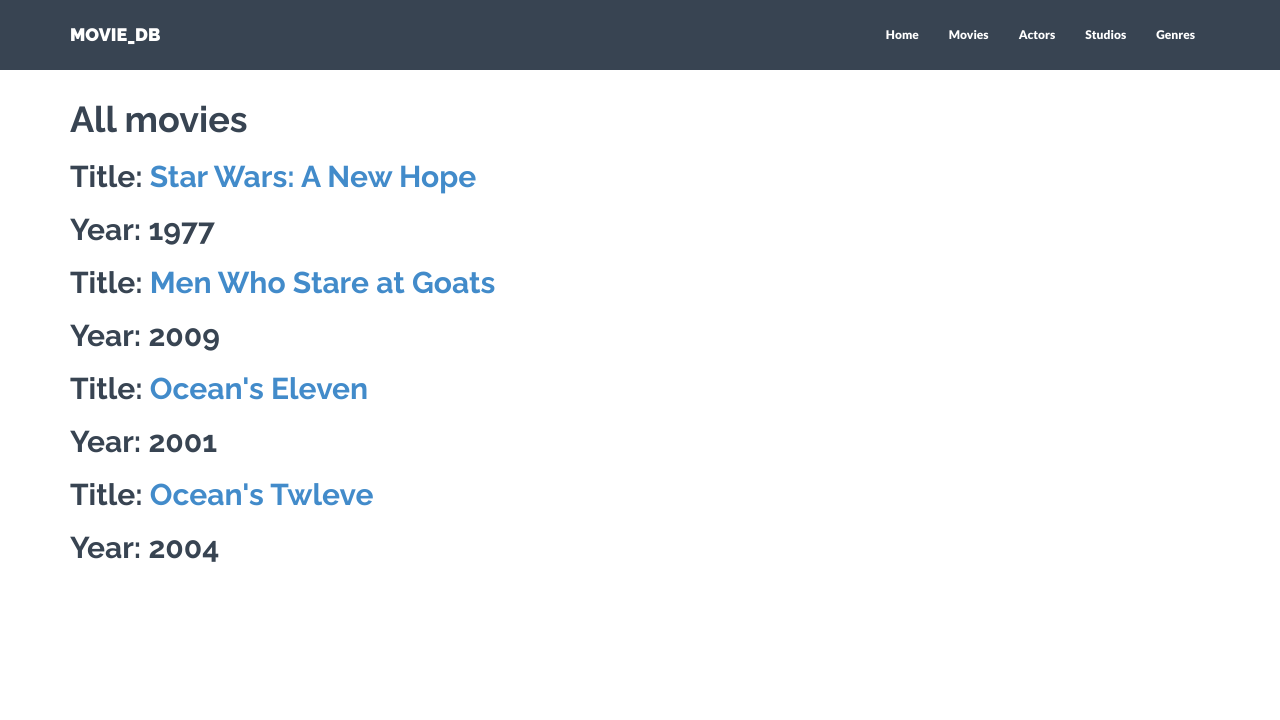
Repository: jonak91/Buzzerd-index
Page: http://localhost/movies.php
The author's editor kept a record of every edit. The page is drawn from the files as they stood at one moment, then again after the next edit.
The browser window is 1280 px wide. The pictures show the whole page.
Some web libraries are served in a nearby version. The page is run by PHP 8.4 with error messages shown; the project is at /var/www/html/. The database holds what the project's SQL file puts in it.

Above is the page before.
Not found: assets/js/modernizr.js

### movies.php
<?php require_once( 'incl/functions.php' ); ?>
<?php require_once( 'incl/header.php' ); ?>

 <div class="container mtb">
	 	<div class="row">

	 		<! -- MAIN CONTENAT AREA -->
	 		<div class="col-lg-8">
	 			<h1>All movies</h1>
	 			<?php
		 		$movies = get_movies();
		 		$count = 0;
		 		foreach ($movies as $movie) {
		 		$count++;
		 		?>
		 		<h2>Title: <a href="movie.php?mID=<?php echo $movie['mID']; ?>"><?php echo $movie['title']; ?></a></h2>
		 		<h2>Year: <?php echo $movie['year_released']; ?></h2>
		 		<?php }

		 		return $count;
		 		?>

</div><! --/ MAIN CONTENT AREA -->

	 </div><! --/row -->
	 </div><! --/container -->

<?php require_once( 'incl/footer.php' ); ?>

### incl/functions.php
<?php
require_once('database.php');

$host= '127.0.0.1';
$u= 'jonak91';
$p = '';
$d= 'movies';

global $db;
$db= new Database($d, $u, $p, $host);

function get_movies(){
	$db = $GLOBALS['db'];
	$results = $db->query("SELECT * FROM movies"); //updated
	return $db->resToArray($results);
}

function get_actors(){
	$db= $GLOBALS['db'];
	$results = $db->query("SELECT * FROM actors ORDER BY 'first_name'"); //updated
	return $db->resToArray($results);
}

function get_studios(){
	$db= $GLOBALS['db'];
	$results = $db->query("SELECT * FROM studio"); //updated
	return $db->resToArray($results);
}

function get_genres(){
	$db= $GLOBALS['db'];
	$results = $db->query("SELECT * FROM genre"); //updated
	return $db->resToArray($results);
}

function get_movie($mID){
	$db= $GLOBALS['db'];
	$query= "SELECT * FROM movies WHERE mID = '$mID'"; //updated
	return $db->get_row($query);
}

function get_actor($aID){
	$db= $GLOBALS['db'];
	$query= "SELECT * FROM actors WHERE aID = '$aID'"; //updated
	return $db->get_row($query);
}

function get_studio($sID){
	$db= $GLOBALS['db'];
	$query= "SELECT * FROM studio WHERE sID = '$sID'"; //updated
	return $db->get_row($query);
}

function get_genre($gID){
	$db= $GLOBALS['db'];
	$query= "SELECT * FROM genre WHERE gID = '$gID'"; //updated
	return $db->get_row($query);
}

function get_moviesfromstudio($id){  //works
	$db= $GLOBALS['db'];
	$results= $db->query("SELECT * FROM movies JOIN studio ON movies.studioID = studio.sID WHERE studio.sID = '$id'");
	return $db->resToArray($results);
}




















function add_movie($info){
	$db= $GLOBALS['db'];
	extract($info);
	$timestamp= $db->get_mysql_timestamp();
	$submitted= $db->query("INSERT INTO movies VALUES('', '$mID', '$title', '$year_released', '$synopsis', '$was_novel', '$studioID', '$timestamp')");
	echo "<h3>$name submitted!</h3>";
}

function add_actor($info){
	$db= $GLOBALS['db'];
	extract($info);
	$timestamp= $db->get_mysql_timestamp();
	$submitted= $db->query("INSERT INTO movie_actors VALUES('', '$maID', '$movieID', '$actorID', '$timestamp')");
	echo "<h3>$name submitted!</h3>";
}

function add_genre($info){
	$db= $GLOBALS['db'];
	extract($info);
	$timestamp= $db->get_mysql_timestamp();
	$submitted= $db->query("INSERT INTO movie_genre VALUES('', '$mgID', '$movieID', '$genreID', '$timestamp')");
	echo "<h3>$name submitted!</h3>";
}

function add_studio($info){
	$db= $GLOBALS['db'];
	extract($info);
	$timestamp= $db->get_mysql_timestamp();
	$submitted= $db->query("INSERT INTO studio VALUES('', '$sID', '$name', '$city', '$state', '$zip', '$timestamp')");
	echo "<h3>$name submitted!</h3>";
}

function print_array( $a ) {
?>
  <pre>
  <?php var_dump( $a ); ?>
  </pre>
<?php
}
?>

### incl/database.php
<?php
class Database{
        var $dbName;
        var $user;
        var $password;
        var $host;
        var $lastID;
        var $dbConn;

        //constructor
        function __construct($db, $u, $p, $h){
                $this->dbName= $db;
                $this->user= $u;
                $this->password= $p;
                $this->host= $h;

                //metadata to get entire table list?
        }

        //any query
        function query($query){
                        $this->dbConn= new mysqli($this->host, $this->user, $this->password, $this->dbName);
                        if($this->dbConn->connect_errno > 0){
                                die('Unable to connect to database [' . $dbh->connect_error . ']');
                        }

                        $result= $this->dbConn->query($query) or die('There was an error running the query [' . $this->dbConn->error . ']');
                        $this->lastID= $this->dbConn->insert_id;
                        $this->dbConn->close();

                        return $result;
        }

        function resToArray($res){
                $data= array();
                while($info= mysqli_fetch_assoc($res)){
                        $data[]= $info;
                }

                return $data;
        }

        function get_column($query){

                $res= $this->query($query);

                $data= array();

                while($info= mysqli_fetch_assoc($res)){
                        $key= array_keys($info);
                        $key= $key[0];
                        $data[]= $info[$key];
                }

                return $data;
        }

        function get_row($query){
                $res= $this->query($query);
                $res= $this->resToArray($res);

            return ($res == false) ? $res : $res[0];
        }

        function get_var($query){
                $res= $this->query($query);

                $info= mysqli_fetch_array($res);

                return $info[0];
        }


        function get_mysql_timestamp(){
                return date('Y-m-d H:i:s', time());
        }

        function print_array( $a ) {
        ?>
          <pre>
          <?php var_dump( $a ); ?>
          </pre>
        <?php
        }


        function clean_array($info){
                foreach($info as $key => $val){
                        $info["$key"]= $this->clean($val);
                }

                return $info;
        }


        function clean($a){
                $this->dbConn= new mysqli($this->host, $this->user, $this->password, $this->dbName);
                $a= $this->dbConn->real_escape_string($a);
                $this->dbConn->close();

                return $a;
        }

}


?>

### incl/header.php
<!DOCTYPE html>
<html lang="en">
  <head>
    <meta charset="utf-8">
    <meta http-equiv="X-UA-Compatible" content="IE=edge">
    <meta name="viewport" content="width=device-width, initial-scale=1">
    <meta name="description" content="">
    <meta name="author" content="">
    <link rel="shortcut icon" href="assets/ico/favicon.ico">

    <title>SOLID - Bootstrap 3 Theme</title>

    <!-- Bootstrap core CSS -->
    <link href="assets/css/bootstrap.css" rel="stylesheet">

    <!-- Custom styles for this template -->
    <link href="assets/css/style.css" rel="stylesheet">
    <link href="assets/css/font-awesome.min.css" rel="stylesheet">


    <!-- Just for debugging purposes. Don't actually copy this line! -->
    <!--[if lt IE 9]><script src="../../assets/js/ie8-responsive-file-warning.js"></script><![endif]-->

    <!-- HTML5 shim and Respond.js IE8 support of HTML5 elements and media queries -->
    <!--[if lt IE 9]>
      <script src="https://oss.maxcdn.com/libs/html5shiv/3.7.0/html5shiv.js"></script>
      <script src="https://oss.maxcdn.com/libs/respond.js/1.4.2/respond.min.js"></script>
    <![endif]-->

    <script src="assets/js/modernizr.js"></script>
  </head>

  <body>

    <!-- Fixed navbar -->
    <div class="navbar navbar-default navbar-fixed-top" role="navigation">
      <div class="container">
        <div class="navbar-header">
          <button type="button" class="navbar-toggle" data-toggle="collapse" data-target=".navbar-collapse">
            <span class="sr-only">Toggle navigation</span>
            <span class="icon-bar"></span>
            <span class="icon-bar"></span>
            <span class="icon-bar"></span>
          </button>
          <a class="navbar-brand" href="index.php">MOVIE_DB</a>
        </div>
        <div class="navbar-collapse collapse navbar-right">
          <ul class="nav navbar-nav">
            <li><a href="index.php">Home</a></li>
            <li><a href="movies.php">Movies</a></li>
            <li><a href="actors.php">Actors</a></li>
            <li><a href="studios.php">Studios</a></li>
            <li><a href="genres.php">Genres</a></li>
          </ul>
        </div><!--/.nav-collapse -->
      </div>
    </div>

### assets/css/style.css
/*	################################################################

	Author: Carlos Alvarez
	URL: http://alvarez.is

	Project Name: SOLID - Bootstrap 3 Theme
	Version: 1.0
	URL: http://alvarez.is

################################################################# */
@import url(http://fonts.googleapis.com/css?family=Raleway:400,700,900);
@import url(http://fonts.googleapis.com/css?family=Lato:400,900);
@import url("prettyPhoto.css") screen;
@import url("hoverex-all.css") screen;

/*	################################################################
	1. GENERAL STRUCTURES
################################################################# */
	* {
		margin: 0;
		padding: 0px;
	}

body {
	background: #ffffff;
	margin: 0;
	height: 100%;
	color: #384452;
	font-family: 'Lato', sans-serif;
	font-weight: 400;
	}

h1, h2, h3, h4, h5, h6 {
	font-family: 'Raleway', sans-serif;
	font-weight: 700;
}

p {
	padding: 0;
	margin-bottom: 12px;
	font-family: 'Lato', sans-serif;
	font-weight: 400;
	font-size: 14px;
	line-height: 24px;
	color: #384452;
	margin-top: 10px;
}

img {
	height: auto;
	max-width: 100%;
}

a {
	padding: 0;
	margin: 0;
	text-decoration: none;
	-webkit-transition: background-color .4s linear, color .4s linear;
	-moz-transition: background-color .4s linear, color .4s linear;
	-o-transition: background-color .4s linear, color .4s linear;
	-ms-transition: background-color .4s linear, color .4s linear;
	transition: background-color .4s linear, color .4s linear;
}
a:hover,
a:focus {
  text-decoration: none;
  color:#01b2fe;
}

::-moz-selection  {
	color: #fff;
	text-shadow:none;
	background:#2B2E31;
}
::selection {
	color: #fff;
	text-shadow:none;
	background:#2B2E31;
}

.centered {
	text-align: center
}

/*	################################################################
	BOOTSTRAP MODIFICATIONS & TWEAKS
################################################################# */
.navbar {
	min-height: 70px;
	padding-top: 10px;
	margin-bottom: 0px;
}

.navbar-brand {
	font-family: 'Raleway', sans-serif;
	font-weight: 900;
}

.navbar-header .navbar-brand {
	color: white;
}

.navbar-default .navbar-nav > li > a {
	color: white;
	font-weight: 700;
	font-size: 12px;
}

.navbar-default .navbar-nav > li > a:hover {
	color: #00b3fe;
}

.navbar-default .navbar-nav > .active > a, .navbar-default .navbar-nav > .active > a:hover, .navbar-default .navbar-nav > .active > a:focus {
	color: #00b3fe;
	background-color: transparent;
}

.navbar-default {
	background-color: #384452;
	border-color: transparent;
}

.dropdown-menu {
	background: #384452;
}

.dropdown-menu > li > a {
	color: white;
	font-weight: 700;
	font-size: 12px;
}

.btn-theme {
  color: #fff;
  background-color: #384452;
  border-color: #384452;
  margin: 4px;
}
.btn-theme:hover,
.btn-theme:focus,
.btn-theme:active,
.btn-theme.active,
.open .dropdown-toggle.btn-theme {
  color: #fff;
  background-color: #00b3fe;
  border-color: #00b3fe;
}

.dmbutton:hover,
.dmbutton:active,
.dmbutton:focus{
	color: #ffffff;
	background-color: #222222;
	border-color: #ffffff;
}
.dmbutton {
	background:rgba(0, 0, 0, 0);
	border: 1px solid #ffffff;
	color: #ffffff;
	-webkit-border-radius: 2px;
	border-radius: 2px;
	padding-top: 1.025rem;
	padding-right: 2.25rem;
	letter-spacing:0.85px;
	padding-bottom: 1.0875rem;
	padding-left: 2.25rem;
	font-size: 1.55rem;
	cursor: pointer;
	font-weight: normal;
	line-height: normal;
	margin: 0 0 1.25rem;
	text-decoration: none;
	text-align: center;
	display: inline-block;
	-webkit-transition: background-color 300ms ease-out;
	-moz-transition: background-color 300ms ease-out;
	transition: background-color 300ms ease-out;
	-webkit-appearance: none;
	font-weight: normal !important;
}

.mtb {
	margin-top: 80px;
	margin-bottom: 80px;
}

.mb {
	margin-bottom: 60px;
}

.mt {
	margin-top: 60px;
}

.hline {
	border-bottom: 2px solid #384452;
}

.hline-w {
	border-bottom: 2px solid #ffffff;
	margin-bottom: 25px;
}
/*	################################################################
	SITE WRAPS
################################################################# */

#headerwrap {
	background-color: #00b3fe;
	min-height: 550px;
	padding-top: 100px;
	padding-bottom: 0px;
	text-align: center;
}

#headerwrap h3, h5 {
	color: white;
	font-weight: 400;
}

#headerwrap h1 {
	color: white;
	margin-bottom: 25px;
}

#headerwrap .img-responsive {
	margin: 0 auto;
}

/* Services Wrap */
#service {
	margin-top: 100px;
	margin-bottom: 80px;
}

#service i {
	color: #00b3fe;
	font-size: 60px;
	padding: 15px;
}

/* Portfolio Wrap */
#portfoliowrap {
	padding-top: 60px;
	margin-bottom: 60px;
	display: block;
	text-align: center
}

#portfoliowrap h3 {
	margin-bottom: 25px;
}

.portfolio {
	padding:0 !important;
	margin:0 !important;
	display:block;
}


.portfolio-item .title:before {border-radius:0; display:none}
.portfolio-item p {margin:0px 0 30px;}
.portfolio-item h3 {margin:-10px 0 10px; font-size:16px; text-transform:uppercase;}


.tpl6 h3
{
	color:#fff;
	margin:0;
	padding:40px 5px 0;
	font-size:16px;
	text-transform:uppercase;
}
.tpl6 .dmbutton
{
	display:inline-block;
	margin:30px 5px 20px 5px;
	font-size:13px;
}

.tpl6 .bg
{
	height:100%;
	width:100%;
	background-color:#00b3fe;
	background-color:rgba(0,179,254,.9);
	text-align:center;
}

/* Testimonials Wrap */
#twrap {
	background: url(../img/t-back.jpg) no-repeat center top;
	margin-top: 0px;
	padding-top:60px;
	text-align:center;
	background-attachment: relative;
	background-position: center center;
	min-height: 450px;
	width: 100%;

    -webkit-background-size: 100%;
    -moz-background-size: 100%;
    -o-background-size: 100%;
    background-size: 100%;

    -webkit-background-size: cover;
    -moz-background-size: cover;
    -o-background-size: cover;
    background-size: cover;
}

#twrap i {
	font-size: 50px;
	color: white;
	margin-bottom: 25px;
}

#twrap p {
	color: white;
	font-size: 15px;
	line-height: 30px;
}

/* clients logo */
#cwrap {
	background: #f7f7f7;
	margin-top: 0px;
	padding-top: 80px;
	padding-bottom: 100px;
}

#cwrap h3 {
	margin-bottom: 60px;
}

/* Footer */
#footerwrap {
	padding-top: 60px;
	padding-bottom: 60px;
	background: #384452;
}

#footerwrap p {
	color: #bfc9d3;
}

#footerwrap h4 {
	color: white;
}

#footerwrap i {
	font-size: 30px;
	color: #bfc9d3;
	padding-right: 25px;
}

#footerwrap i:hover {
	color: #00b3fe
}

/*	################################################################
	PAGE CONFIGURATIONS
################################################################# */
/* General Tweaks */

#blue {
	background: #00b3fe;
	margin-top: 60px;
	margin-bottom: 60px;
	padding-top: 25px;
	padding-bottom: 25px;
}

#blue h3 {
	color: white;
	margin-left: 15px;
}

.ctitle {
	color: #00b3fe;
	font-weight: 700;
	margin-bottom: 15px;
}

csmall {
	font-size: 12px;
	color: #b3b3b3;
}
csmall2 {
	font-size: 12px;
	color: #f39c12
}

.spacing {
	margin-top: 40px;
	margin-bottom: 40px;
}

.badge-theme {
	background: #00b3fe;
}

/* Contact Page */
#contactwrap {
	background: url(../img/contact.jpg) no-repeat center top;
	margin-top: -60px;
	padding-top:0px;
	text-align:center;
	background-attachment: relative;
	background-position: center center;
	min-height: 400px;
	width: 100%;

    -webkit-background-size: 100%;
    -moz-background-size: 100%;
    -o-background-size: 100%;
    background-size: 100%;

    -webkit-background-size: cover;
    -moz-background-size: cover;
    -o-background-size: cover;
    background-size: cover;
}

/* Blog Page */
.popular-posts {
	margin: 0px;
	padding-left: 0px;
	}

.popular-posts li {
	list-style: none;
	margin-bottom: 20px;
	min-height: 70px;
}
.popular-posts li a,
.popular-posts li a:hover {
	color:#2f2f2f;
	text-decoration: none;
	}

.popular-posts li img {
	float: left;
	margin-right: 20px;
	}

.popular-posts li em {
	font-family: 'Lato', sans-serif;
	font-size: 12px;
	color: #b3b3b3
	}

.popular-posts p {
	line-height: normal;
	margin-bottom: auto;
}

.share i {
	padding-right: 15px;
	font-size: 18px;
}

### job.sql (the tables this page reads)
CREATE TABLE IF NOT EXISTS `movies` (
`mID` mediumint(9) NOT NULL,
  `title` varchar(50) NOT NULL,
  `year_released` year(4) NOT NULL,
  `synopsis` longtext NOT NULL,
  `was_novel` tinyint(4) NOT NULL,
  `studioID` mediumint(9) NOT NULL,
  `timestamp` timestamp NOT NULL DEFAULT CURRENT_TIMESTAMP ON UPDATE CURRENT_TIMESTAMP
) ENGINE=InnoDB AUTO_INCREMENT=5 DEFAULT CHARSET=latin1;

INSERT INTO `movies` (`mID`, `title`, `year_released`, `synopsis`, `was_novel`, `studioID`, `timestamp`) VALUES
(1, 'Star Wars: A New Hope', 1977, 'Hokey religions and ancient weapons are no match for a good blaster at your side, kid. You''re all clear, kid. Let''s blow this thing and go home! I suggest you try it again, Luke. This time, let go your conscious self and act on instinct.', 0, 1, '2014-11-21 13:13:25'),
(2, 'Men Who Stare at Goats', 2009, 'Did you dress her up like this? Who''s that then? I''m not a witch. But you are dressed as oneâ€¦ Well, how''d you become king, then?', 1, 2, '2014-11-21 13:13:25'),
(3, 'Ocean''s Eleven', 2001, 'Ut enim ad minim veniam, quis nostrud exercitation ullamco. Sed ut perspiciatis unde omnis iste natus error sit voluptatem. Cupiditate non provident, similique sunt in culpa qui officia deserunt mollitia. Ut enim ad minima veniam, quis nostrum exercitationem ullam corporis suscipit laboriosam.', 0, 3, '2014-11-21 13:21:49'),
(4, 'Ocean''s Twleve', 2004, 'Eaque ipsa quae ab illo inventore veritatis et quasi. Architecto beatae vitae dicta sunt explicabo. Et iusto odio dignissimos ducimus qui blanditiis praesentium voluptatum deleniti atque. Cupiditate non provident, similique sunt in culpa qui officia deserunt mollitia. Fugiat quo voluptas nulla pariatur? Nihil molestiae consequatur, vel illum qui dolorem eum.', 0, 3, '2014-11-21 13:21:49');

ALTER TABLE `movies`
 ADD PRIMARY KEY (`mID`);

ALTER TABLE `movies`
MODIFY `mID` mediumint(9) NOT NULL AUTO_INCREMENT,AUTO_INCREMENT=5;

### incl/footer.php


	<!-- *****************************************************************************************************************
	 FOOTER
	 ***************************************************************************************************************** -->
	 <div id="footerwrap">
	 	<div class="container">
		 	<div class="row">
		 		<div class="col-lg-4">
		 			<h4>About</h4>
		 			<div class="hline-w"></div>
		 			<p>Hello. My name is Jon. THis is my database. This is an easy way to broaden your knowledge on your favorite movie or actor!</p>
		 		</div>
		 		<div class="col-lg-4">
		 			<h4>Social Links</h4>
		 			<div class="hline-w"></div>
		 			<p>
		 				<a href="#"><i class="fa fa-dribbble"></i></a>
		 				<a href="#"><i class="fa fa-facebook"></i></a>
		 				<a href="#"><i class="fa fa-twitter"></i></a>
		 				<a href="#"><i class="fa fa-instagram"></i></a>
		 				<a href="#"><i class="fa fa-tumblr"></i></a>
		 			</p>
		 		</div>
		 		<div class="col-lg-4">
		 			<h4>Our Bunker</h4>
		 			<div class="hline-w"></div>
		 			<p>
		 				Some Ave, 987,<br/>
		 				23890, New York,<br/>
		 				United States.<br/>
		 			</p>
		 		</div>

		 	</div><! --/row -->
	 	</div><! --/container -->
	 </div><! --/footerwrap -->

    <!-- Bootstrap core JavaScript
    ================================================== -->
    <!-- Placed at the end of the document so the pages load faster -->
    <script src="https://ajax.googleapis.com/ajax/libs/jquery/1.11.0/jquery.min.js"></script>
    <script src="assets/js/bootstrap.min.js"></script>
	<script src="assets/js/retina-1.1.0.js"></script>
	<script src="assets/js/jquery.hoverdir.js"></script>
	<script src="assets/js/jquery.hoverex.min.js"></script>
	<script src="assets/js/jquery.prettyPhoto.js"></script>
  	<script src="assets/js/jquery.isotope.min.js"></script>
  	<script src="assets/js/custom.js"></script>


  </body>
</html>

Loaded but not shown: assets/css/bootstrap.css (library); assets/css/font-awesome.min.css (library); assets/js/bootstrap.min.js (library); assets/js/jquery.hoverdir.js (library); assets/js/jquery.hoverex.min.js (library); assets/js/jquery.prettyPhoto.js (library); assets/js/jquery.isotope.min.js (library); assets/js/custom.js (common file); assets/js/retina-1.1.0.js (151 lines, source omitted); assets/css/hoverex-all.css (2838 lines, source omitted); assets/css/prettyPhoto.css (170 lines, source omitted)

After the next edit:
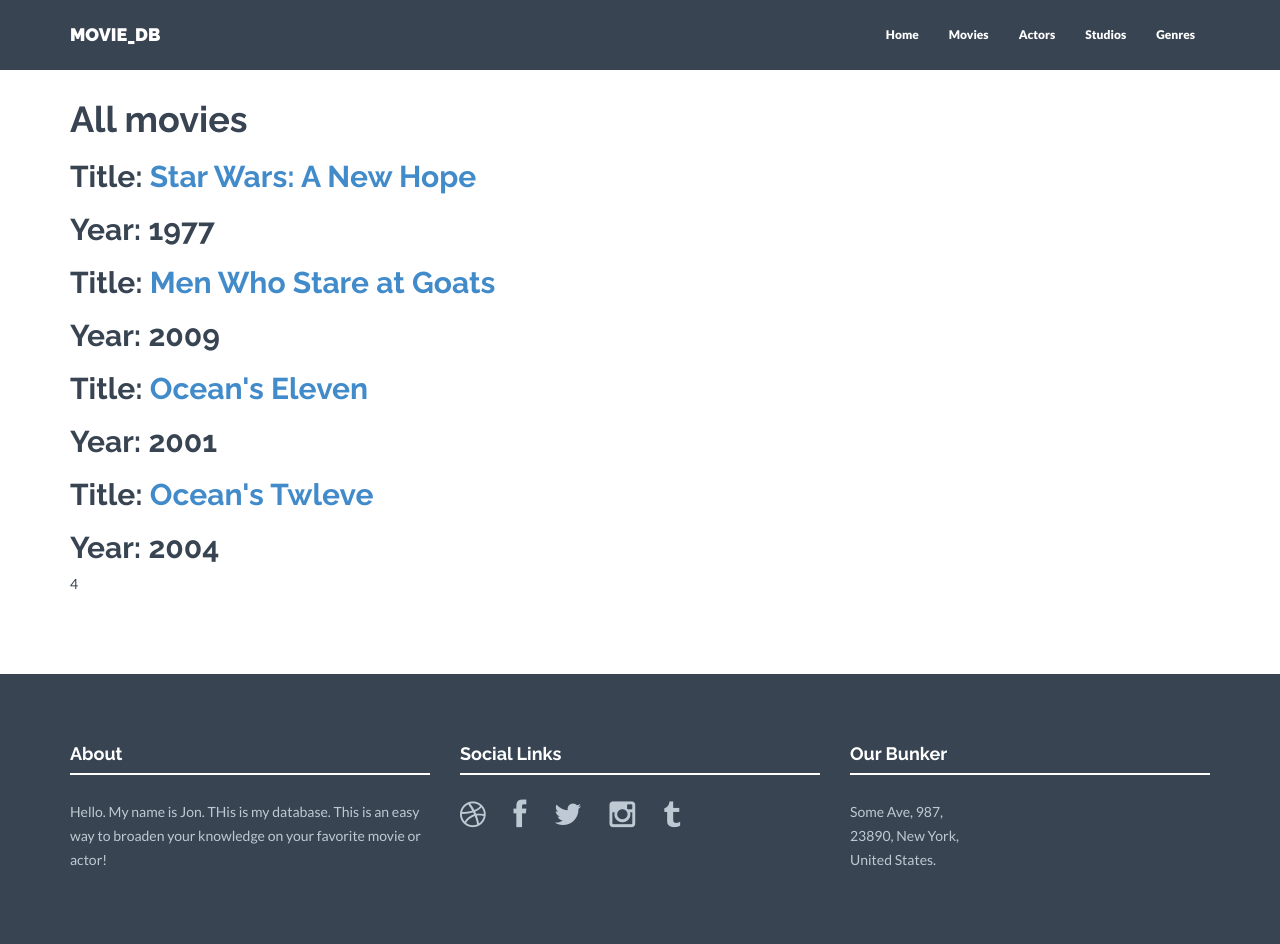
The edit:
--- a/movies.php
+++ b/movies.php
@@ -17,7 +17,7 @@
 		 		<h2>Year: <?php echo $movie['year_released']; ?></h2>
 		 		<?php }
 
-		 		return $count;
+		 		echo $count; //put in html
 		 		?>
 
 </div><! --/ MAIN CONTENT AREA -->
